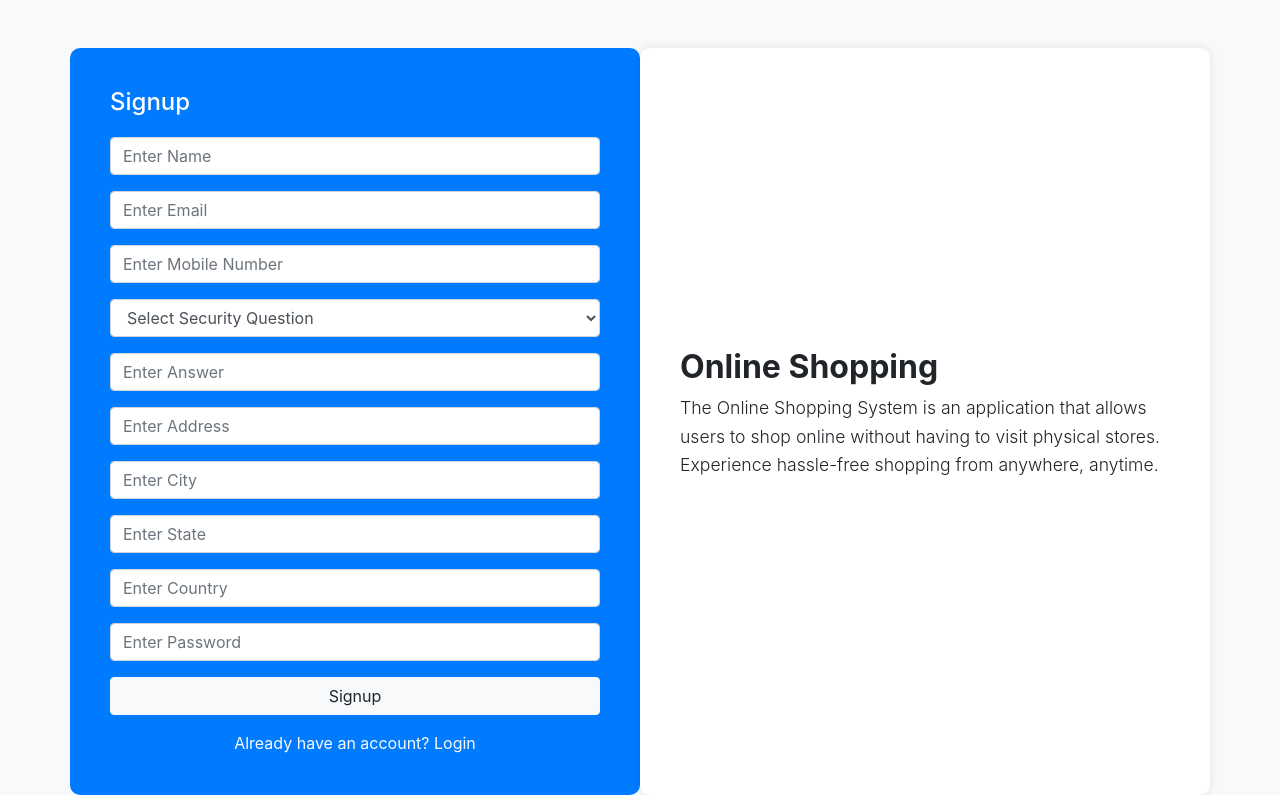
Repository: Dineshbabu290904/DigiMart
Page: http://localhost/ShoppingCart/signup.jsp
The author's editor kept a copy of each file at every save. The page is drawn from the files as they stood at one save, then again after the next save.
The browser window is 1280 px wide. The pictures show the whole page.
The page is served by Tomcat 9. Other server files are loaded and not shown.

Above is the page before, as saved 2024-10-12 10:10:40.

### ShoppingCart/src/main/webapp/signup.jsp
<!DOCTYPE html>
<html lang="en">
<head>
  <meta charset="UTF-8">
  <meta name="viewport" content="width=device-width, initial-scale=1.0">
  <title>Signup</title>
  <!-- Bootstrap CSS -->
  <link rel="stylesheet" href="https://stackpath.bootstrapcdn.com/bootstrap/4.6.0/css/bootstrap.min.css">
  <style>
    body {
      background-color: #f8f9fa;
    }
    .signup-section {
      background-color: #007bff; /* Blue background */
      padding: 40px;
      border-radius: 10px;
      color: #fff;
    }
    .signup-section h4 {
      margin-bottom: 20px;
    }
    .info-section {
      padding: 40px;
      background-color: white;
      border-radius: 10px;
      box-shadow: 0px 0px 10px rgba(0, 0, 0, 0.1);
    }
    .info-section h2 {
      font-weight: bold;
    }
    .info-section p {
      font-size: 1.1rem;
      line-height: 1.6;
    }
  </style>
</head>
<body>
  <div class="container mt-5">
    <div class="row">
      <!-- Signup Form -->
      <div class="col-md-6 signup-section">
        <h4>Signup</h4>
        <form action="signupAction" method="post">
          <div class="form-group">
            <input type="text" class="form-control" name="name" placeholder="Enter Name" required>
          </div>
          <div class="form-group">
            <input type="email" class="form-control" name="email" placeholder="Enter Email" required>
          </div>
          <div class="form-group">
            <input type="number" class="form-control" name="mobileNumber" placeholder="Enter Mobile Number" required>
          </div>
          <div class="form-group">
            <select class="form-control" name="securityQuestion" required>
              <option value="" disabled selected>Select Security Question</option>
              <option value="What was your first car?">What was your first car?</option>
              <option value="What is the name of your first pet?">What is the name of your first pet?</option>
              <option value="What elementary school did you attend?">What elementary school did you attend?</option>
              <option value="What is the name of the town where you were born?">What is the name of the town where you were born?</option>
            </select>
          </div>
          <div class="form-group">
            <input type="text" class="form-control" name="answer" placeholder="Enter Answer" required>
          </div>
          <div class="form-group">
            <input type="text" class="form-control" name="address" placeholder="Enter Address" required>
          </div>
          <div class="form-group">
            <input type="text" class="form-control" name="city" placeholder="Enter City" required>
          </div>
          <div class="form-group">
            <input type="text" class="form-control" name="state" placeholder="Enter State" required>
          </div>
          <div class="form-group">
            <input type="text" class="form-control" name="country" placeholder="Enter Country" required>
          </div>
          <div class="form-group">
            <input type="password" class="form-control" name="password" placeholder="Enter Password" required>
          </div>
          <button type="submit" class="btn btn-light btn-block">Signup</button>
        </form>
        <div class="text-center mt-3">
          <a href="login.html" class="text-light">Already have an account? Login</a>
        </div>
      </div>

      <!-- Info Section -->
      <div class="col-md-6 info-section d-flex align-items-center">
        <div>
          <%
            String msg = request.getParameter("msg");
            if ("valid".equals(msg)) {
          %>
          <div class="alert alert-success" role="alert">
            Successfully Registered!
          </div>
          <% } else if ("invalid".equals(msg)) { %>
          <div class="alert alert-danger" role="alert">
            Something went wrong! Please try again.
          </div>
          <% } %>

          <h2>Online Shopping</h2>
          <p class="lead">
            The Online Shopping System is an application that allows users to shop online without having to visit physical stores. Experience hassle-free shopping from anywhere, anytime.
          </p>
        </div>
      </div>
    </div>
  </div>

  <!-- Bootstrap JS and dependencies -->
  <script src="https://code.jquery.com/jquery-3.6.0.min.js"></script>
  <script src="https://cdn.jsdelivr.net/npm/@popperjs/core@2.9.3/dist/umd/popper.min.js"></script>
  <script src="https://stackpath.bootstrapcdn.com/bootstrap/4.6.0/js/bootstrap.min.js"></script>
</body>
</html>

After the next save:
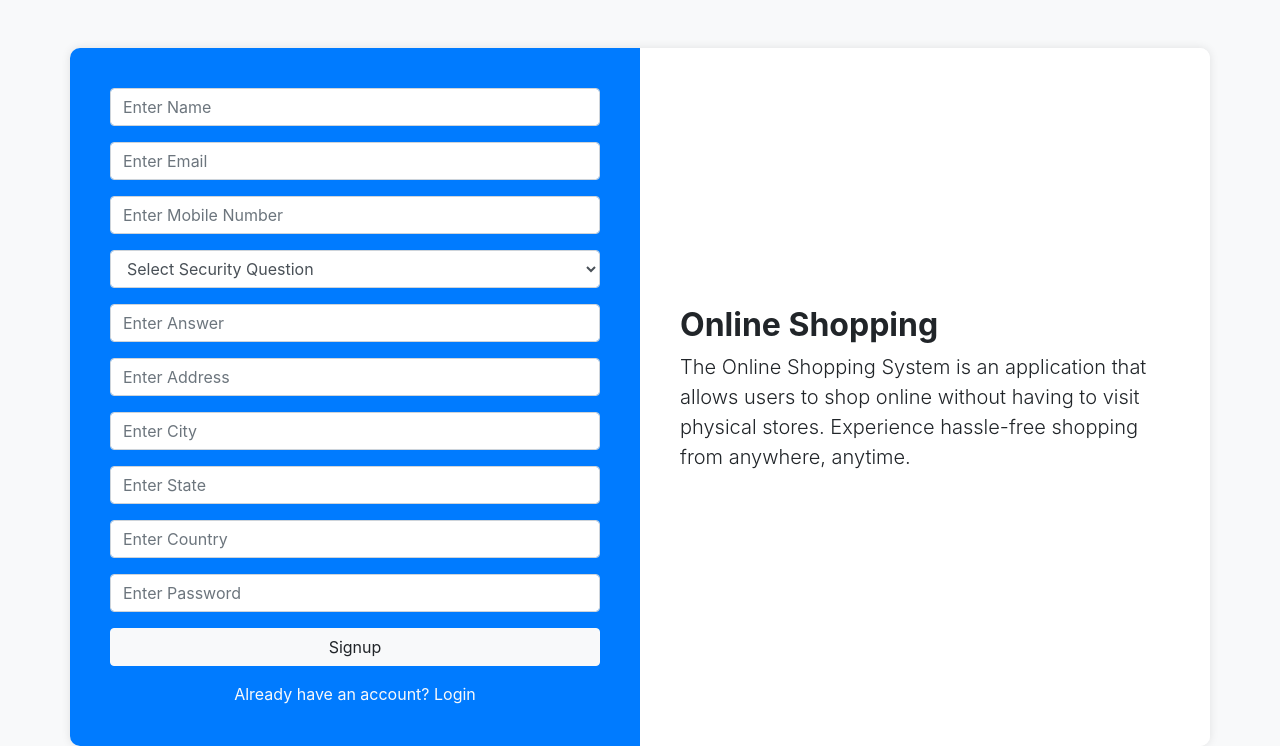
Saved 50 s later.
--- a/ShoppingCart/src/main/webapp/signup.jsp
+++ b/ShoppingCart/src/main/webapp/signup.jsp
@@ -13,33 +13,29 @@
     .signup-section {
       background-color: #007bff; /* Blue background */
       padding: 40px;
-      border-radius: 10px;
       color: #fff;
-    }
-    .signup-section h4 {
-      margin-bottom: 20px;
+      border-radius: 10px 0 0 10px;
     }
     .info-section {
       padding: 40px;
-      background-color: white;
-      border-radius: 10px;
-      box-shadow: 0px 0px 10px rgba(0, 0, 0, 0.1);
+      background-color: #fff;
+      border-radius: 0 10px 10px 0;
     }
     .info-section h2 {
       font-weight: bold;
     }
-    .info-section p {
-      font-size: 1.1rem;
-      line-height: 1.6;
+    .container-custom {
+      background-color: #fff;
+      box-shadow: 0px 0px 10px rgba(0, 0, 0, 0.1);
+      border-radius: 10px;
     }
   </style>
 </head>
 <body>
   <div class="container mt-5">
-    <div class="row">
+    <div class="row container-custom">
       <!-- Signup Form -->
       <div class="col-md-6 signup-section">
-        <h4>Signup</h4>
         <form action="signupAction" method="post">
           <div class="form-group">
             <input type="text" class="form-control" name="name" placeholder="Enter Name" required>
@@ -85,7 +81,7 @@
       </div>
 
       <!-- Info Section -->
-      <div class="col-md-6 info-section d-flex align-items-center">
+      <div class="col-md-6 info-section d-flex align-items-center justify-content-center">
         <div>
           <%
             String msg = request.getParameter("msg");
